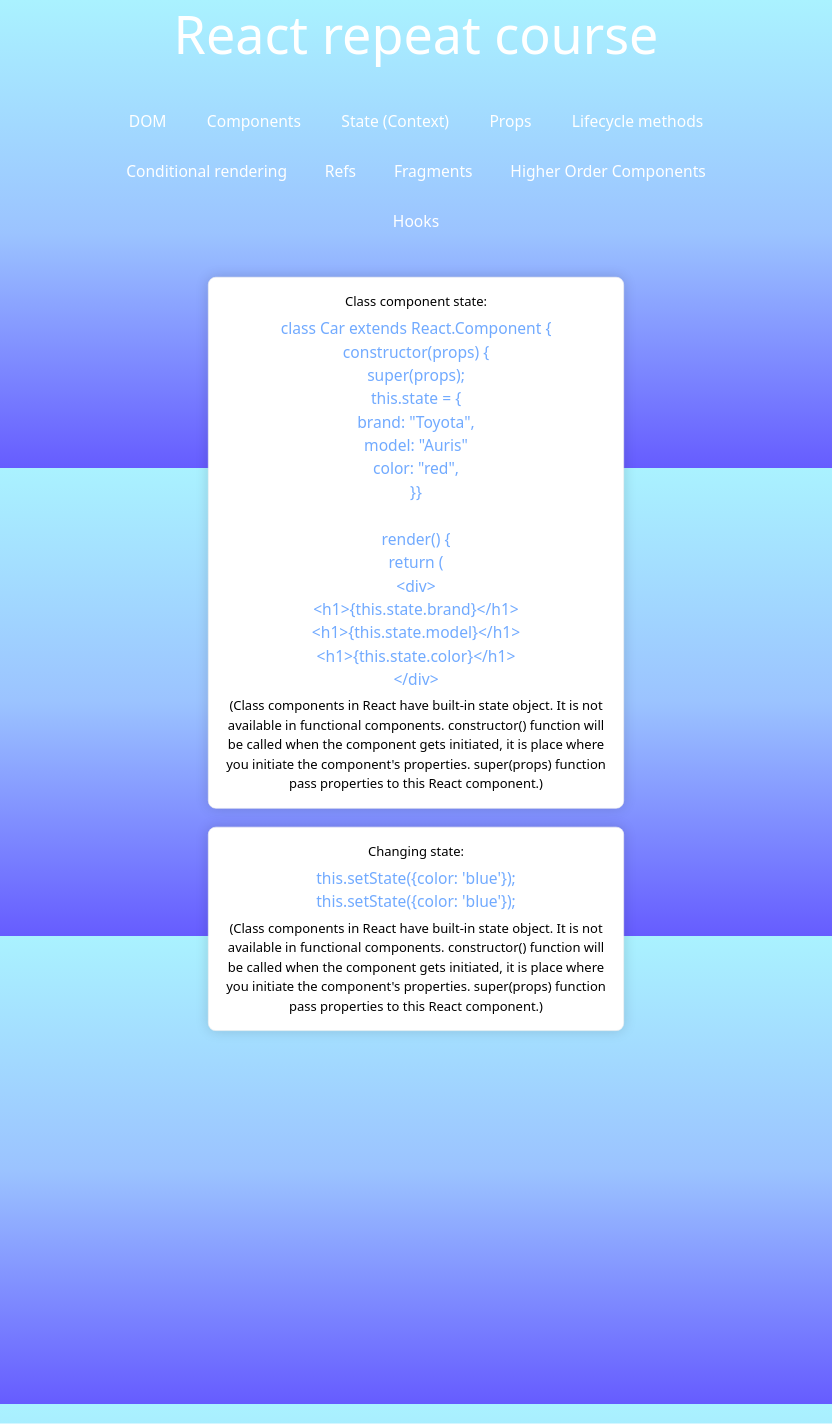
Repository: michalgornicki/github
Page: /#/State
The author's editor kept a copy of each file at every save. The page is drawn from the files as they stood at one save, then again after a run of saves.
The browser window is 1280 px wide. The pictures show the whole page, at 65% of full size.
Backgrounds fixed to the window are drawn as part of the page. The project was rebuilt for these pictures with package versions that can differ from the ones it lists, and the page was loaded fresh each time. Also part of the build but not shown: src/components/dom.jsx, src/components/components.jsx, src/components/props.jsx, src/components/lifecycle.jsx, src/components/conditional.jsx, src/components/refs.jsx, src/components/fragments.jsx, src/components/hoc.jsx and 1 more.

Above is the page before, as saved 2022-02-07 13:16:03.

After the next 2 saves:
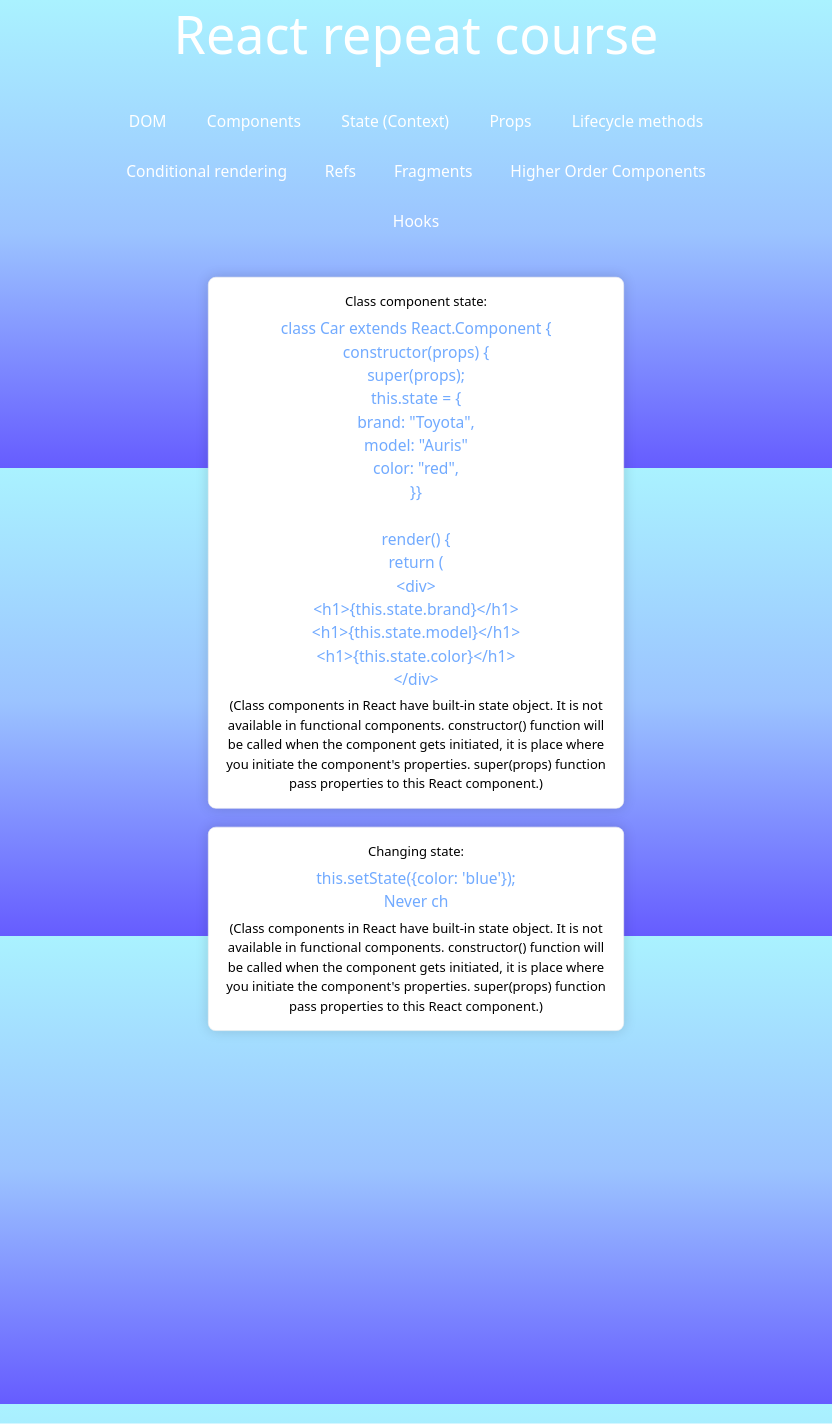
The 2 saves are shown as one change because they came seconds apart.
The last was saved 10 s later.
--- a/src/components/state.jsx
+++ b/src/components/state.jsx
@@ -28,7 +28,7 @@
         <div className="">Changing state: </div>
         <div className="text-color">
           {`this.setState({color: 'blue'});`} <br />
-          {`this.setState({color: 'blue'});`} <br />
+          {`Never ch`} <br />
 
         </div>{" "}
         (Class components in React have built-in state object. It is not available in functional components. constructor() function will be called when the component gets initiated, it is place where you initiate the component's properties. super(props) function pass properties to this React component.)
